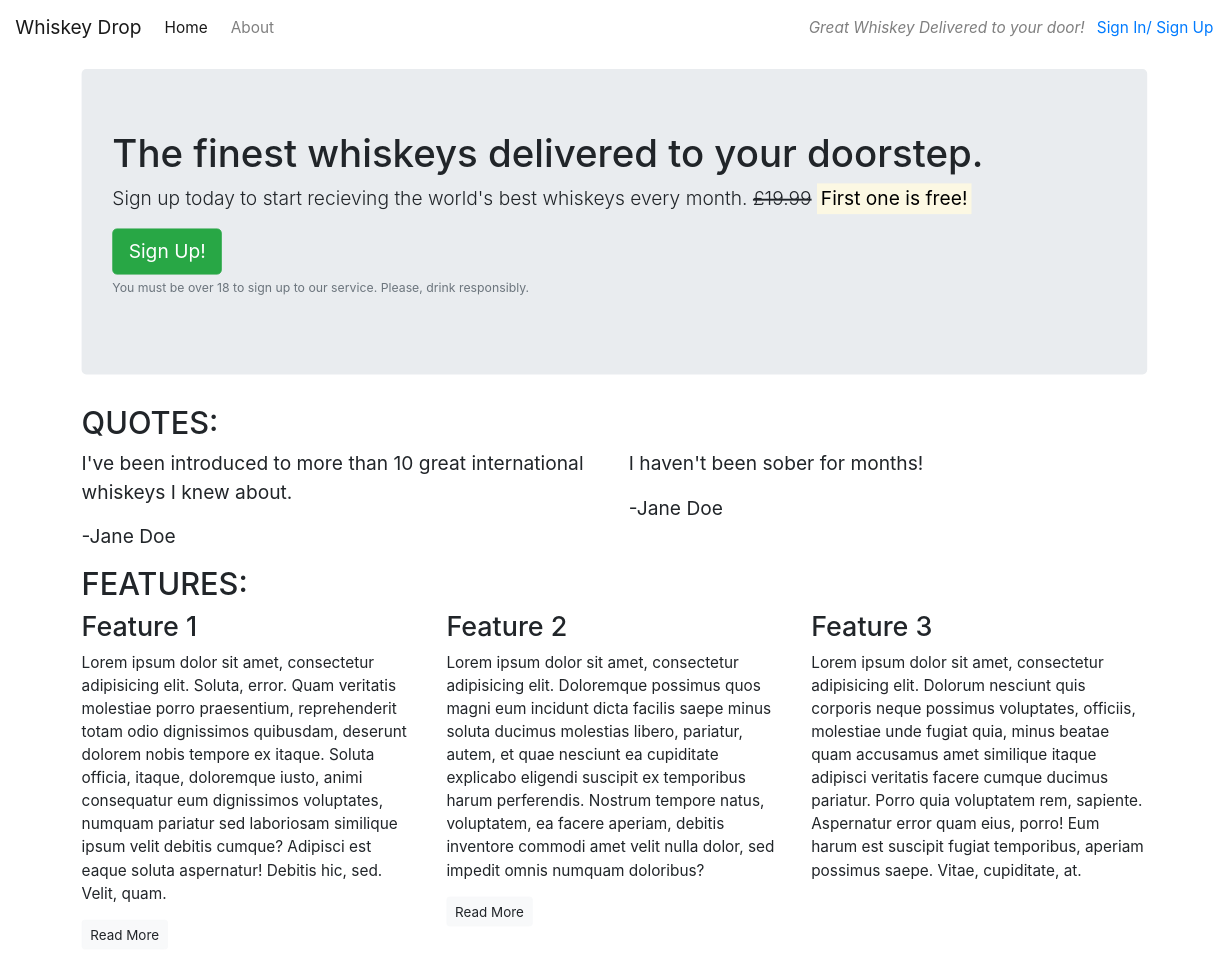
Repository: Leannald13/whiskey-project
Page: index.html
The author's editor kept a record of every edit. The page is drawn from the files as they stood at one moment, then again after the next edit.
The browser window is 1280 px wide. The pictures show the whole page, at 96% of full size.

Above is the page before.
Console error: TypeError: Cannot read properties of undefined (reading 'fn')

### index.html
<!DOCTYPE html>
<html lang="en">

<head>
    <meta charset="UTF-8">
    <meta name="viewport" content="width=device-width, initial-scale=1.0">
    <meta http-equiv="X-UA-Compatible" content="ie=edge">
    <link rel="stylesheet" href="https://stackpath.bootstrapcdn.com/bootstrap/4.1.3/css/bootstrap.min.css" integrity="sha384-MCw98/SFnGE8fJT3GXwEOngsV7Zt27NXFoaoApmYm81iuXoPkFOJwJ8ERdknLPMO" crossorigin="anonymous">
    <script src="https://stackpath.bootstrapcdn.com/bootstrap/4.1.3/js/bootstrap.min.js" integrity="sha384-ChfqqxuZUCnJSK3+MXmPNIyE6ZbWh2IMqE241rYiqJxyMiZ6OW/JmZQ5stwEULTy" crossorigin="anonymous"></script>
    <title>Whiskey Drop: Taste a new whiskey every month</title>
</head>

<body>
    <nav class="navbar navbar-light bg-navbar navbar-expand-sm">
    <a href= "/" class="navbar-brand">Whiskey Drop</a>
    <ul class="navbar-nav mr-auto">
        <li class="active nav-item mr-2"><a class="nav-link" href="/">Home</a></li>
        <li class="nav-item mr-2"><a class="nav-link" href="/about">About</a></li>
        <li class="nav-item mr-2 d-block d-sm-none"><a class="nav-link" href="/login">Sign In/ Sign Up!</a></li>
        </ul>
        <div class="d-none d-md-block">
        <p class="navbar-text my-auto mr-2"><i>Great Whiskey Delivered to your door!</i></p>
        <a href="/login">Sign In/ Sign Up</a>
        </div>
    </nav>
    <article class="container mt-3">
        <div class="row">
            <div class="col-12">
                <section class="callout jumbotron">
                    <h1>The finest whiskeys delivered to your doorstep.</h1>
                    <p class="lead">Sign up today to start recieving the world's best whiskeys every month.
                        <s class="d-none d-sm-inline">£19.99</s>
                        <span class="d-inline d-sm-none"><br></span>
                        <strong><mark>First one is free!</mark></strong></p>
                    <button class="btn btn-success btn-lg">Sign Up!</button>
                    <p class="text-muted"><small>You must be over 18 to sign up to our service. Please, drink responsibly.</small></p>
                </section>
            </div>
        </div>
        <section class="quotes">
            <div class="row">
                <div class="col-12">
                    <h2 class="text-uppercase">Quotes:</h2>
                </div>
            </div>
            <div class="row">
                <div class="col-12 col-md-6">
                    <blockquote class="blockquote">
                        <p>I've been introduced to more than 10 great international whiskeys I knew about.</p>
                        <p>-Jane Doe</p>
                    </blockquote>
                </div>
                <div class="col-12 col-md-6">
                    <blockquote class="blockquote">
                        <p>I haven't been sober for months!</p>
                        <p>-Jane Doe</p>
                    </blockquote>
                </div>
            </div>
        </section>
        <section class="features">
            <div class="row">
                <div class="col-12">
                    <h2 class="text-uppercase">Features:</h2>
                </div>
            </div>
            <div class="row">
                <div class="col-12 col-md-6 col-lg-4">
                    <div class="feature">
                        <h3>Feature 1</h3>
                        <p>Lorem ipsum dolor sit amet, consectetur adipisicing elit. Soluta, error. Quam veritatis molestiae porro praesentium, reprehenderit totam odio dignissimos quibusdam, deserunt dolorem nobis tempore ex itaque. Soluta officia, itaque,
                            doloremque iusto, animi consequatur eum dignissimos voluptates, numquam pariatur sed laboriosam similique ipsum velit debitis cumque? Adipisci est eaque soluta aspernatur! Debitis hic, sed. Velit, quam.</p>
                        <p><a class="btn btn-sm btn-light" href="">Read More</a></p>
                    </div>
                </div>
                <div class="col-12 col-md-6 col-lg-4">
                    <div class="feature">
                        <h3>Feature 2</h3>
                        <p>Lorem ipsum dolor sit amet, consectetur adipisicing elit. Doloremque possimus quos magni eum incidunt dicta facilis saepe minus soluta ducimus molestias libero, pariatur, autem, et quae nesciunt ea cupiditate explicabo eligendi
                            suscipit ex temporibus harum perferendis. Nostrum tempore natus, voluptatem, ea facere aperiam, debitis inventore commodi amet velit nulla dolor, sed impedit omnis numquam doloribus?</p>
                        <p><a class="btn btn-sm btn-light" href="">Read More</a></p>
                    </div>
                </div>
                <div class="col-12 d-md-none d-lg-block col-lg-4">
                    <div class="feature">
                        <h3>Feature 3</h3>
                        <p>Lorem ipsum dolor sit amet, consectetur adipisicing elit. Dolorum nesciunt quis corporis neque possimus voluptates, officiis, molestiae unde fugiat quia, minus beatae quam accusamus amet similique itaque adipisci veritatis facere
                            cumque ducimus pariatur. Porro quia voluptatem rem, sapiente. Aspernatur error quam eius, porro! Eum harum est suscipit fugiat temporibus, aperiam possimus saepe. Vitae, cupiditate, at.</p>
                    </div>
                </div>
            </div>


        </section>
    </article>

</body>

</html>

After the next edit:
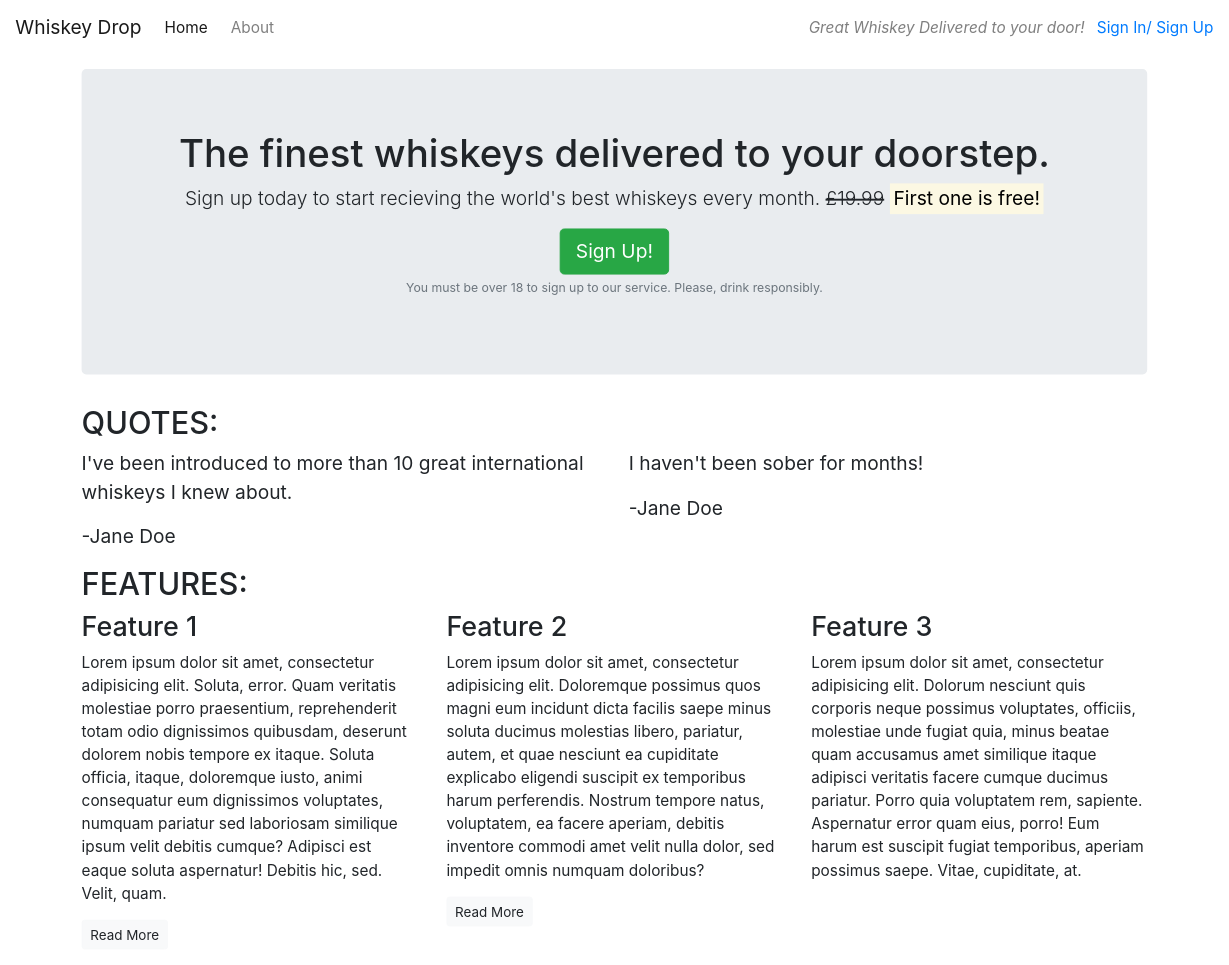
The edit:
--- a/index.html
+++ b/index.html
@@ -26,7 +26,7 @@
     <article class="container mt-3">
         <div class="row">
             <div class="col-12">
-                <section class="callout jumbotron">
+                <section class="callout jumbotron text-center">
                     <h1>The finest whiskeys delivered to your doorstep.</h1>
                     <p class="lead">Sign up today to start recieving the world's best whiskeys every month.
                         <s class="d-none d-sm-inline">£19.99</s>
